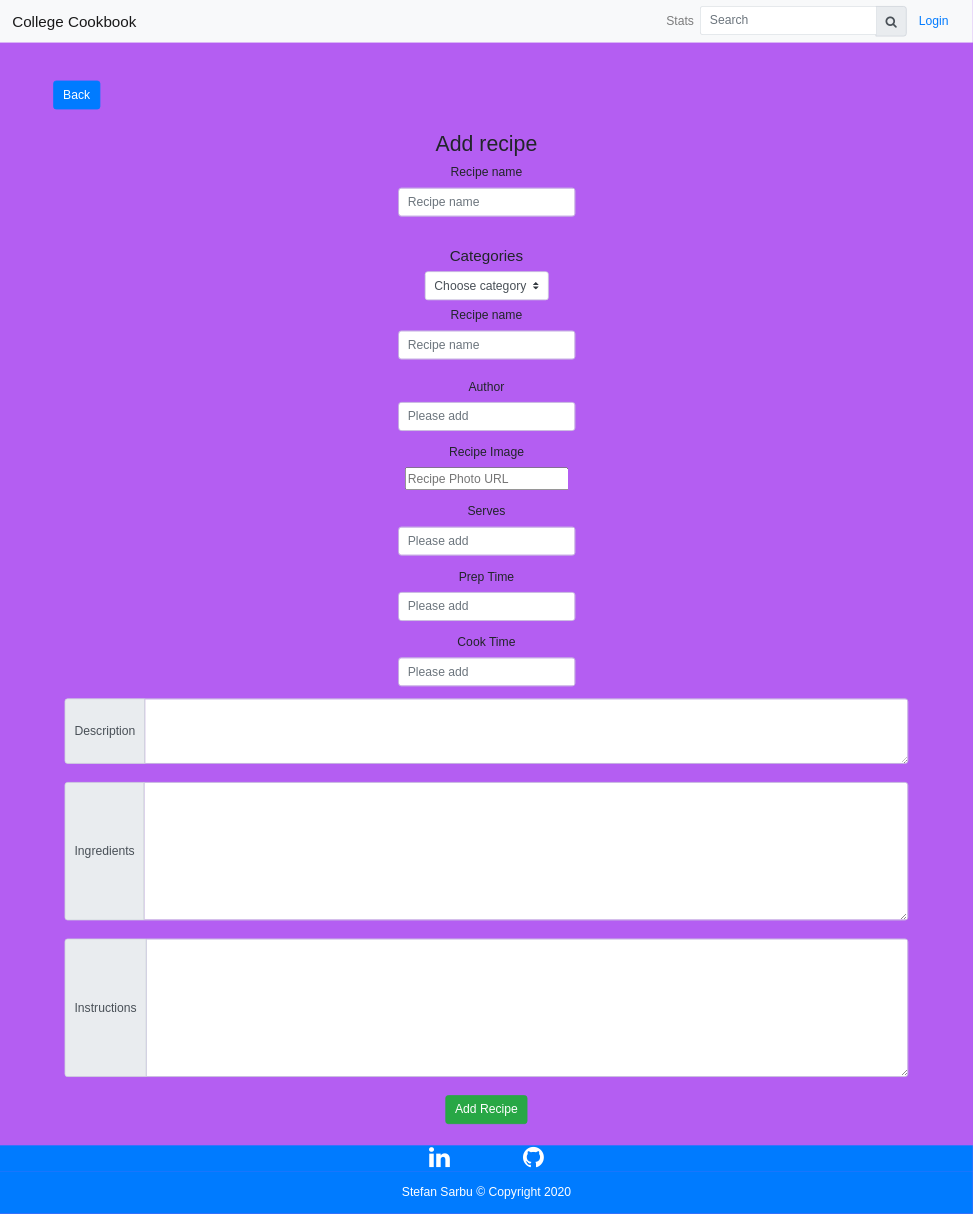
Repository: iiostefanos/college-cookbook
Page: templates/add_recipe.html
The author's editor kept a record of every edit. The page is drawn from the files as they stood at one moment, then again after the next edit.
The browser window is 1280 px wide. The pictures show the whole page, at 76% of full size.
The page is served by the project's application, run on Flask 3 (app.py). The template is opened directly, without the code that normally fills it, so the values that code supplies are empty.

Above is the page before.

### templates/add_recipe.html
{% extends 'base.html' %} {% block content %}

<div class="container h-100">
 <div class="row d-flex h-100">
    <div class="align-self-start mr-auto">
 <a class="btn btn-primary" href="{{url_for('get_recipes')}}">Back</a>
    </div>
  </div>
</div>

<main class="container">
    <h3 class="text-center">Add recipe</h3>

    <!--Recipe name field-->
            <div class="container-fluid text-center">
                <div class="row justify-content-md-center mt-2">
                    <div class="form-group">
                        <label for="formGroupExampleInput">Recipe name</label>
                        <input type="text" class="form-control" id="recipe_name" name="recipe_name" placeholder="Recipe name">
                    </div>
                </div>
            </div>

    <div class="row">
        <form action="{{ url_for('insert_recipe') }}" method="POST" class="col-md-12">

            <!--Category selection-->
            <div class="row justify-content-md-center">
                <div class="form-row text-center mt-4">
                    <div class="col-md-12">

                        <h5 class="text-center">Categories</h5>
                        <select id="category" name="category_name" class="custom-select">
                            <option value="" disable selected>Choose category</option>
                            {% for cat in categories %}
                            <option value="{{cat.category_name}}">{{cat.category_name}}</option>
                            {% endfor %}
                        </select>
                    </div>
                </div>
            </div>


            <!--Recipe name field-->
            <div class="container-fluid text-center">
                <div class="row justify-content-md-center mt-2">
                    <div class="form-group">
                        <label for="formGroupExampleInput">Recipe name</label>
                        <input type="text" class="form-control" id="recipe_name" name="recipe_name" placeholder="Recipe name">
                    </div>
                </div>
            </div>

             <!--Author field-->
            <div class="container-fluid text-center mx-auto">
                <div class="row justify-content-md-center mt-2">
                    <div class="form-group">
                        <label for="formGroupExampleInput2">Author</label>
                        <input type="text" class="form-control" id="Author" name="Author" placeholder="Please add">
                    </div>
                </div>
            </div>

            <!--Image field-->
            <div class="container-fluid text-center mx-auto">
                <div class="row justify-content-md-center">
                    <div class="form-group">
                        <label for="formGroupExampleInput">Recipe Image</label>
                        <div class="imgurl">
                            <input id="img_src" name="recipe_image" type="text" minlength="15" placeholder="Recipe Photo URL" pattern="https?://.+" autocomplete="off">
                        </div>
                    </div>
                </div>
            </div>

            <!-- Serves, Prep time and cook time fields-->
            <div class="container-fluid text-center mx-auto">
                <div class="row justify-content-md-center">
                    <div class="form-group">
                        <label for="formGroupExampleInput2">Serves</label>
                        <input type="text" class="form-control" id="Serves" name="Serves" placeholder="Please add">
                    </div>
                </div>
            </div>

            <div class="container-fluid text-center mx-auto">
                <div class="row justify-content-md-center">
                    <div class="form-group">
                        <label for="formGroupExampleInput2">Prep Time</label>
                        <input type="text" class="form-control" id="Prep_Time" name="Prep_Time" placeholder="Please add">
                    </div>
                </div>
            </div>

            <div class="container-fluid text-center mx-auto">
                <div class="row justify-content-md-center">
                    <div class="form-group">
                        <label for="formGroupExampleInput2">Cook Time</label>
                        <input type="text" class="form-control" id="Cook_Time" name="Cook_Time" placeholder="Please add">
                    </div>
                </div>
            </div>



            <!--Recipe description container-->
            <div class="container-fluid text-center mx-auto">
                <div class="row">
                    <div class="input-group">
                        <div class="input-group-prepend">
                            <span class="input-group-text">Description</span>
                        </div>
                        <textarea class="form-control" aria-label="Recipe description" name="recipe_description" rows="3" cols="30"></textarea>
                    </div>
                </div>
            </div>


            <!--Ingredients container-->
            <div class="container-fluid text-center mx-auto">
                <div class="row mt-4">
                    <div class="input-group">
                        <div class="input-group-prepend">
                            <span class="input-group-text">Ingredients</span>
                        </div>
                        <textarea class="form-control" aria-label="Ingredients" name="Ingredients" rows="7" cols="30"></textarea>
                    </div>
                </div>
            </div>



            <!--Instructions container-->
            <div class="container-fluid text-center mx-auto">
                <div class="row mt-4">
                    <div class="input-group">
                        <div class="input-group-prepend">
                            <span class="input-group-text">Instructions</span>
                        </div>
                        <textarea class="form-control" aria-label="Instructions" name="Instructions" rows="7" cols="30"></textarea>
                    </div>
                </div>
            </div>

            <br>
            <!--Submit button-->
            <div class="container-fluid text-center mx-auto">
                <div class="row justify-content-md-center mb-3">
                    <div class="col-md-6">
                        <button type="submit" class="btn btn-success">Add Recipe</button>
                    </div>
                </div>
            </div>
        </form>
        <br>


  </main>







        {% endblock %}

### templates/base.html
<!DOCTYPE html>
<html>
    <head>

        <!-- Bootstrap CSS -->
        <link rel="stylesheet" href="https://stackpath.bootstrapcdn.com/bootstrap/4.4.1/css/bootstrap.min.css" integrity="sha384-Vkoo8x4CGsO3+Hhxv8T/Q5PaXtkKtu6ug5TOeNV6gBiFeWPGFN9MuhOf23Q9Ifjh" crossorigin="anonymous">

        <!-- Custom CSS -->
        <link rel="stylesheet" href="{{url_for('static', filename='css/style.css')}}" type="text/css"/>
        <!-- Font awesome -->
        <link href="https://stackpath.bootstrapcdn.com/font-awesome/4.7.0/css/font-awesome.min.css" rel="stylesheet" integrity="sha384-wvfXpqpZZVQGK6TAh5PVlGOfQNHSoD2xbE+QkPxCAFlNEevoEH3Sl0sibVcOQVnN" crossorigin="anonymous">
        <link rel="shortcut icon" type="image/png" href="{{url_for('static', filename='img/favicon.png')}}" />
    </head>
    <body>

        <header>
            <nav class="navbar navbar-expand-lg navbar-light bg-light">
  <a class="navbar-brand" href="{{url_for('get_recipes')}}">College Cookbook</a>
  <button class="navbar-toggler" type="button" data-toggle="collapse" data-target="#navbarNavAltMarkup" aria-controls="navbarNavAltMarkup" aria-expanded="false" aria-label="Toggle navigation">
    <span class="navbar-toggler-icon"></span>
  </button>
  <div class="collapse navbar-collapse" id="navbarNavAltMarkup">
    <div class="navbar-nav ml-auto">

      <a class="nav-item nav-link" href="{{url_for('stats')}}">Stats</a>
      <div class="input-group">
      <input class="form-control py-2 border-right-0 border" type="search" placeholder="Search">
      <div class="input-group-append">
          <div class="input-group-text" id="btnGroupAddon2"><i class="fa fa-search"></i></div>
      </div>
  </div>
  </div>

      {% if user is defined %}
      {% block navbar %}

{% endblock %}

        <ul class="navbar-nav navbar-center">
               <a class="nav-link" href="{{ url_for('add_recipe') }}">Add a Recipe</a>
               <a class="nav-link" href="{{ url_for('logout') }}">Log Out</a>



        {% else %}

      <a class="nav-item nav-link" data-toggle="modal" data-target="#login" href="{{url_for('get_recipes')}}">Login</a>
      {% endif %}
      </ul>
    </div>
  </div>
</nav>

<br>
</header>



        {% block content %}
        {% endblock %}





<!-- Login Modal -->
<div class="modal fade" id="login" tabindex="-1" role="dialog" aria-labelledby="ModalLabel" aria-hidden="true">
  <div class="modal-dialog" role="document">
    <div class="modal-content">
      <div class="modal-header">
        <h5 class="modal-title" id="ModalLabel">Login to your account</h5>
        <button type="button" class="close" data-dismiss="modal" aria-label="Close">
          <span aria-hidden="true">&times;</span>
        </button>
      </div>
      <div class="modal-body">
        <form role="form" method=POST action="{{ url_for('login') }}">
                      <div class="form-group">
                        <label for="user"><i class="fa fa-user" aria-hidden="true"></i>
Username</label>
                          <input type="user" class="form-control" placeholder="Username" name="username" required value="{{
          request.form.username }}">
                      </div>
                      <div class="form-group">
                        <label for="password"><i class="fa fa-pencil-square-o" aria-hidden="true"></i>
Password</label>
                          <input type="password" class="form-control" placeholder="Password" name="password" required>
                      </div>

                  <br>
            <div>
                Don't have an account? <a data-toggle="modal" data-target="#register" data-dismiss="modal" href=''>Sign up here</a>
            </div>
      </div>
      <div class="modal-footer">
        <button type="button" class="btn btn-secondary" data-dismiss="modal">Close</button>
        <button type="submit" class="btn btn-primary"><i class="fa fa-sign-in" aria-hidden="true"></i>
Login </button>
      </form>
      </div>
    </div>
  </div>
</div>

          <!-- Signup Modal -->
<div class="modal fade" id="register" tabindex="-1" role="dialog" aria-labelledby="ModalLabel" aria-hidden="true">
  <div class="modal-dialog" role="document">
    <div class="modal-content">
      <div class="modal-header">
        <h5 class="modal-title" id="ModalLabel">Signup</h5>
        <button type="button" class="close" data-dismiss="modal" aria-label="Close">
          <span aria-hidden="true">&times;</span>
        </button>
      </div>
      <div class="modal-body">
         <form role="form" method=POST action="{{ url_for('register') }}">
                      <div class="form-group">
                        <label for="user"><i class="fa fa-user" aria-hidden="true"></i>
Username</label>
                          <input type="user" class="form-control" placeholder="Username" name="username" required>
                      </div>
                      <div class="form-group">
                        <label for="password"><i class="fa fa-pencil-square-o" aria-hidden="true"></i>
 Password</label>
                          <input type="password" class="form-control" placeholder="Password" name="password" required>
                      </div>
                      <div class="form-group">
                        <label for="password"><i class="fa fa-pencil-square-o" aria-hidden="true"></i>
Re-type Password</label>
                          <input type="password" class="form-control" placeholder="Re-type Password" name="password1" required>
                      </div>

      </div>
      <div class="modal-footer">
        <button type="button" class="btn btn-secondary" data-dismiss="modal">Close</button>
        <button type="submit" class="btn btn-primary"><i class="fa fa-user-plus" aria-hidden="true"></i>

Signup </button>
       </form>
      </div>
    </div>
  </div>
</div>


<!-- Footer -->
<footer >
<div class="container-fluid">
        <div class="row bg-primary mt-2">
          <div class="col-md-12">
            <div class="d-flex justify-content-center align-items-center">

              <!--Linkedin -->
          <a target="_blank" href="https://www.linkedin.com/">
            <span class="p-5 text-white"><i class="fa fa-linkedin fa-2x" aria-hidden="true"></i></a>
          </span>


          <!--Github-->
          <a target="_blank" href="https://www.github.com/">
            <span class="p-5 text-white"><i class="fa fa-github fa-2x"> </i>
          </a>
          </span>
            </div>
          </div>
        </div>
      </div>


    <div class="container-fluid">
        <div class="row bg-primary">
          <div class="col-md-12">
            <div class="d-flex justify-content-center align-items-center">

              <span class="p-3 text-white"
                >Stefan Sarbu &copy; Copyright 2020</span
              >
            </div>
          </div>
        </div>
      </div>
</footer>
<!-- Footer -->



        <script src="https://code.jquery.com/jquery-3.4.1.slim.min.js" integrity="sha384-J6qa4849blE2+poT4WnyKhv5vZF5SrPo0iEjwBvKU7imGFAV0wwj1yYfoRSJoZ+n" crossorigin="anonymous"></script>
        <script src="https://cdn.jsdelivr.net/npm/popper.js@1.16.0/dist/umd/popper.min.js" integrity="sha384-Q6E9RHvbIyZFJoft+2mJbHaEWldlvI9IOYy5n3zV9zzTtmI3UksdQRVvoxMfooAo" crossorigin="anonymous"></script>
        <script src="https://stackpath.bootstrapcdn.com/bootstrap/4.4.1/js/bootstrap.min.js" integrity="sha384-wfSDF2E50Y2D1uUdj0O3uMBJnjuUD4Ih7YwaYd1iqfktj0Uod8GCExl3Og8ifwB6" crossorigin="anonymous"></script>
        <script src="../static/js/script.js"type="text/javascript"></script>







    </body>
</html>

### app.py
import os
from flask import Flask, render_template, redirect, request, url_for, session, flash
from flask_pymongo import PyMongo
from werkzeug.security import generate_password_hash, check_password_hash
from bson.objectid import ObjectId
from os import path

if path.exists("env.py"):
    import env

app = Flask(__name__)

app.config["MONGO_DBNAME"] = 'college_cookbook'
app.config["MONGO_URI"] = os.environ["MONGO_URI"]
app.config['SECRET_KEY'] = os.urandom(24)
mongo = PyMongo(app)

# Collections

users_collection = mongo.db.users
recipes_collection = mongo.db.recipes

# Login
@app.route('/login', methods=['GET', 'POST'])
def login():
	form = request.form.to_dict()
	user_in_db = users_collection.find_one({'username': form['username']})
	# Check for user in database
	if user_in_db:
		# If passwords match (hashed / real password)
		if check_password_hash(user_in_db['password'], form['password']):
			# Log user in (add to session)
			session['user'] = form['username']
			# If the user is admin redirect him to admin area
			if session['user'] == "user":
				return redirect(url_for('get_recipes'))
			else:
				flash("Logged in successful!")
				return redirect(url_for('get_recipes', user=user_in_db['username']))

		else:
			flash("Wrong password or username!")
			flash("Try login again")
			return redirect(url_for('get_recipes'))
	else:
		flash("You need to signup !")
		return redirect(url_for('get_recipes'))



# Sign up
@app.route('/register', methods=['GET', 'POST'])
def register():
	# Check if user is not logged in already
	if 'user' in session:
		flash('Already sign in!')
		return redirect(url_for('get_recipes'))
	if request.method == 'POST':
		form = request.form.to_dict()
		# Check if the password and password1 actually match
		if form['password'] == form['password1']:
			# If so try to find the user in db
			user = users_collection.find_one({"username" : form['username']})
			print(form)
			if user:
				flash(f"{form['username']} already exists!")
				return redirect(url_for('get_recipes'))
			# If user does not exist register new user
			else:
				# Hash password
				hash_pass = generate_password_hash(form['password'])
				#Create new user with hashed password
				users_collection.insert_one(
					{
						'username': form['username'],
						'password': hash_pass
					}
				)
				# Check if user is actually saved
				user_in_db = users_collection.find_one({"username": form['username']})
				if user_in_db:
					# Log user in (add to session)
					session['user'] = user_in_db['username']
					return redirect(url_for('get_recipes', user=user_in_db['username']))
				else:
					flash("There was a problem saving your profile")
					return redirect(url_for('get_recipes'))

		else:
			flash("Passwords don't match!")
			return redirect(url_for('get_recipes'))

	return render_template("recipes")

# Log out
@app.route('/logout')
def logout():
	# Clear the session
	session.clear()
	flash('You were logged out!')
	return redirect(url_for('get_recipes'))

@app.route('/')
@app.route('/get_recipes')
def get_recipes():
    if 'user' in session:
      return render_template("recipes.html", recipes=mongo.db.recipes.find(), user = session['user'])
    else:
      return render_template("recipes.html", recipes=mongo.db.recipes.find())



@app.route('/stats')
def stats():
    return render_template("stats.html",
    recipes=mongo.db.recipes.find())


@app.route('/add_recipe')
def add_recipe():
    if 'user' in session:
        categories=mongo.db.categories.find()
        flash('Recipe added')
        return render_template('add_recipe.html', categories = categories)
    else:
        return render_template("recipes.html", recipes=mongo.db.recipes.find())

@app.route ('/insert_recipe', methods=['POST'])
def insert_recipe():
    recipes=mongo.db.recipes
    recipes.insert_one(request.form.to_dict())
    return redirect(url_for('get_recipes'))

@app.route('/edit_recipe/<recipe_id>', methods=['POST'])
def edit_recipe(recipe_id):
    if 'user' in session:
        the_recipe = mongo.db.recipes.find_one({"_id": ObjectId(recipe_id)})
        all_categories = mongo.db.categories.find()
        return render_template('edit_recipe.html', recipe=the_recipe, categories=all_categories)
    else:
        return render_template("recipes.html", recipes=mongo.db.recipes.find())

@app.route('/update_recipe/<recipe_id>', methods=['POST'])
def update_recipe(recipe_id):
    recipes=mongo.db.recipes
    recipes.update_one({'_id': ObjectId(recipe_id)},
    { "$set":
       {
        "category_name":request.form.get('category_name'),
        "recipe_name":request.form.get('recipe_name'),
        "recipe_image":request.form.get('recipe_image'),
        "Serves":request.form.get('Serves'),
        "Prep_Time":request.form.get('Prep_Time'),
        "Cook_Time":request.form.get('Cook_Time'),
        "recipe_description":request.form.get('recipe_description'),
        "Author":request.form.get('Author'),
        "Ingredients":request.form.get('Ingredients'),
        "Instructions":request.form.get('Instructions')
        }
     }
    )
    return redirect(url_for('get_recipes'))



@app.route('/delete_recipe/<recipe_id>', methods=['POST'])
def delete_recipe(recipe_id):
    if 'user' in session:
        mongo.db.recipes.remove({'_id': ObjectId(recipe_id)})
        flash('Recipe deleted')
    return redirect(url_for('get_recipes'))

@app.route('/how_to/<recipe_id>')
def how_to(recipe_id):

        the_recipe = mongo.db.recipes.find_one({"_id": ObjectId(recipe_id)})
        all_categories = mongo.db.categories.find()
        return render_template('how_to.html', recipe=the_recipe, categories=all_categories)


if __name__ == '__main__':
    app.run(host=os.environ.get('IP'),
            port=int(os.environ.get('PORT')),
            debug=True)

### static/css/style.css
body {
    background-color: #b45ef2;
    background-repeat: repeat-x;
    font-family: Arial, Helvetica, sans-serif;

    }

.btn-small
{
    height: 24px;
    width: 60px;
    line-height: 24px;
    margin: 5px 5px;
    padding: 0 0.5em;
}

.recipe-header {
    margin-top: 5px;
}

.signup {
  text-align:center;
  margin-top: 4px;
}

.videoframe {
  width:560px;
  height:315px;
  padding-right: 34px;
}

.card {
  padding-right: 3px;
  margin: 0 5px;
}

.card-img-top {
height: 300px;
width: 350px;
}

.invite{
  padding-top: 24px;
}

.charts img {


    width:  400px;
    height: 300px;
    background-size: cover;
}


.container {
  margin-top: 2%;
  padding-bottom: 4px;
}
.inner {
  overflow: hidden;
}

.inner img{
  transition: all 1.5s ease;
}

.inner:hover img {
  transform: scale(1.5);
}

.navbar-nav.navbar-center {
    position: absolute;
    left: 50%;
    transform: translatex(-50%);
}

.user-greeting {
  margin-top: 94px;
}

### static/js/script.js


window.setTimeout(function() {
    $(".alert").fadeTo(500, 0).slideUp(500, function(){
        $(this).remove();
    });
}, 2000);

After the next edit:
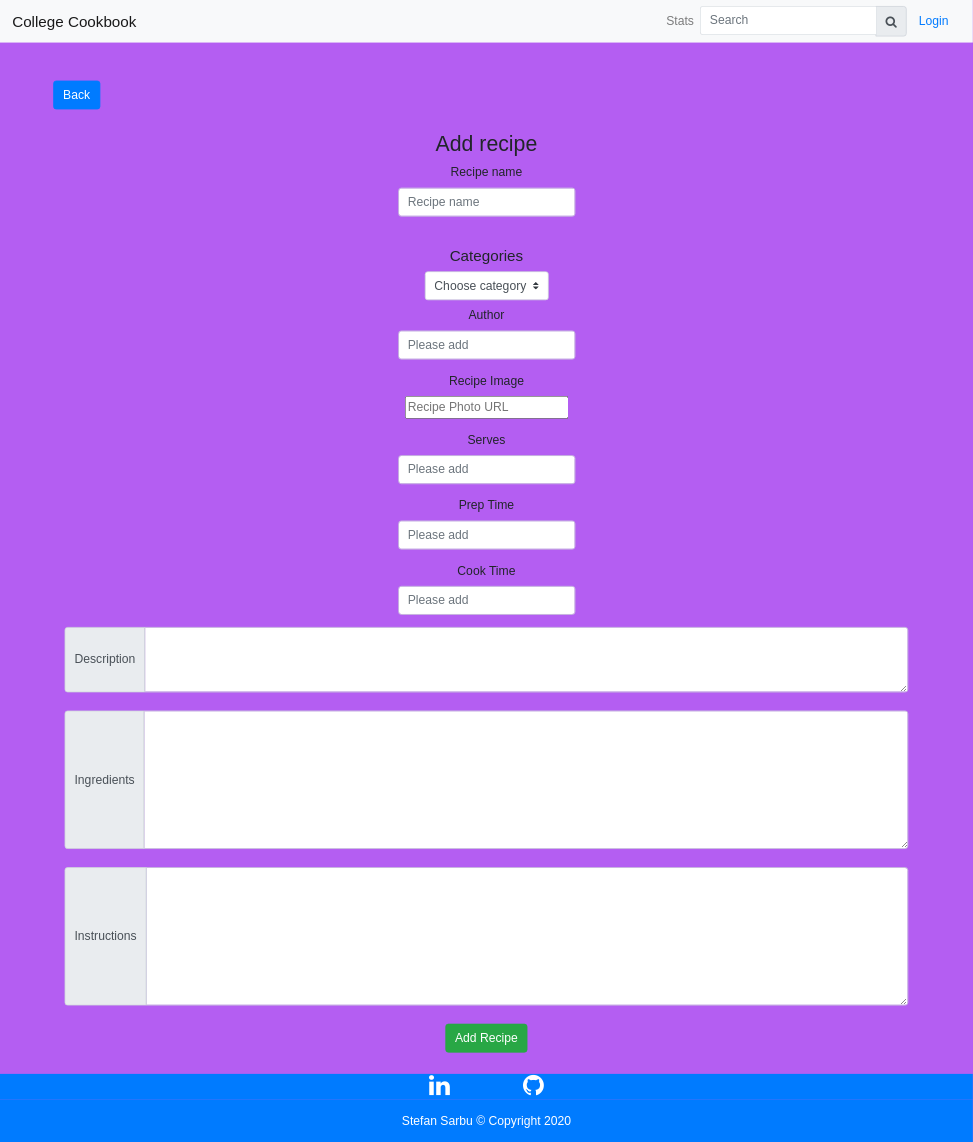
The edit:
--- a/templates/add_recipe.html
+++ b/templates/add_recipe.html
@@ -36,17 +36,6 @@
                             <option value="{{cat.category_name}}">{{cat.category_name}}</option>
                             {% endfor %}
                         </select>
-                    </div>
-                </div>
-            </div>
-
-
-            <!--Recipe name field-->
-            <div class="container-fluid text-center">
-                <div class="row justify-content-md-center mt-2">
-                    <div class="form-group">
-                        <label for="formGroupExampleInput">Recipe name</label>
-                        <input type="text" class="form-control" id="recipe_name" name="recipe_name" placeholder="Recipe name">
                     </div>
                 </div>
             </div>
